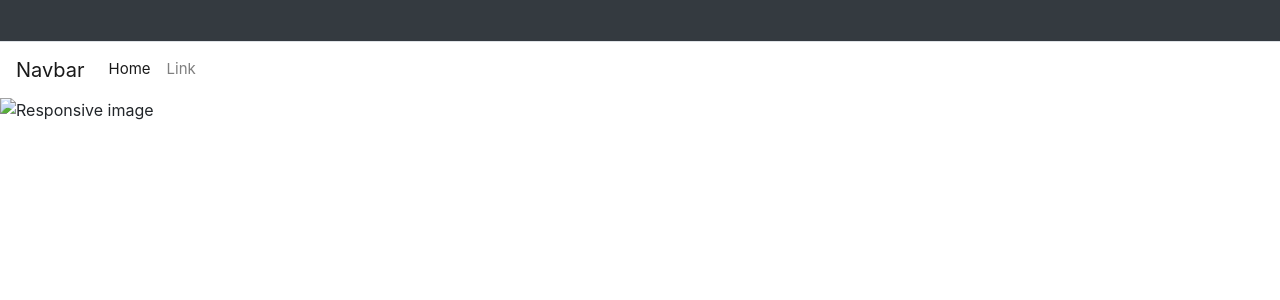
Repository: Alaa-OmarAlshobaki/portfolio
Page: index.html
The author's editor kept a copy of each file at every save. The page is drawn from the files as they stood at one save, then again after the next save.
The browser window is 1280 px wide. The pictures show the whole page.
Some web fonts or font styles are not loaded; a fallback is used.

Above is the page before, as saved 2020-03-11 22:58:01.

After the next save:
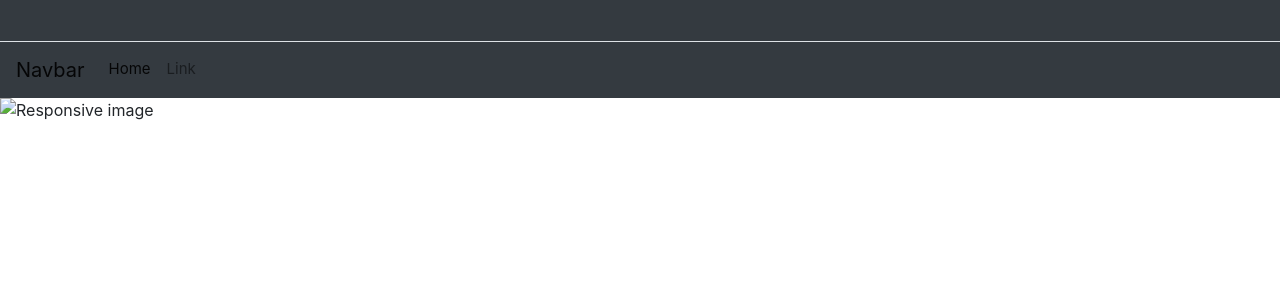
Saved 4 s later.
--- a/index.html
+++ b/index.html
@@ -51,7 +51,7 @@
 <!-- start section header -->
 <section>
   <header>
-    <nav class="navbar navbar-expand-lg navbar-light bg-">
+    <nav class="navbar navbar-expand-lg navbar-light bg-dark">
       <a class="navbar-brand" href="#">Navbar</a>
       <button class="navbar-toggler" type="button" data-toggle="collapse" data-target="#navbarTogglerDemo02" aria-controls="navbarTogglerDemo02" aria-expanded="false" aria-label="Toggle navigation">
         <span class="navbar-toggler-icon"></span>
